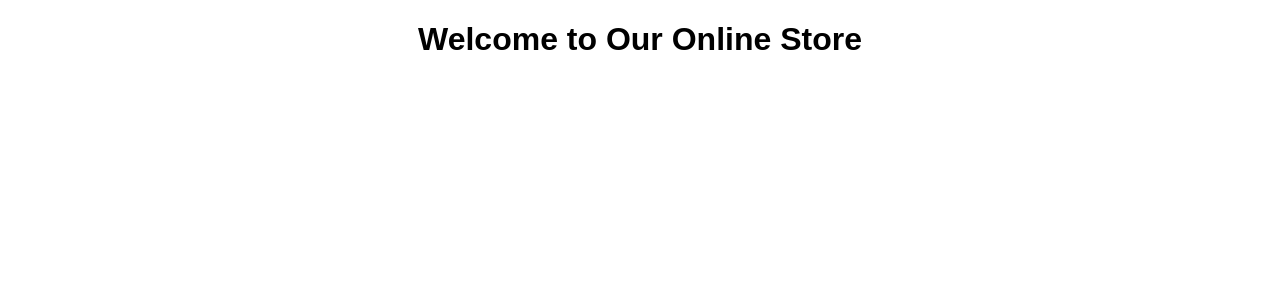
Repository: vsudhanshu-codes/ecommerce-frontend
Page: index.html
The author's editor kept a copy of each file at every save. The page is drawn from the files as they stood at one save, then again after the next save.
The browser window is 1280 px wide. The pictures show the whole page.

Above is the page before, as saved 2026-03-09 17:12:33.

After the next save:
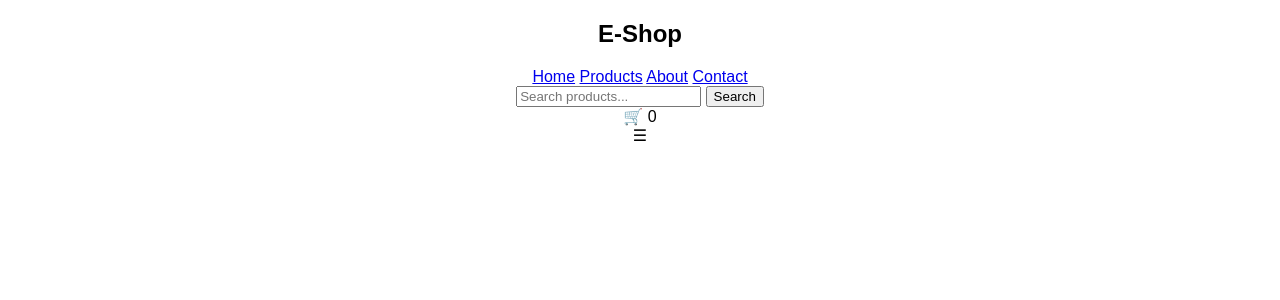
Saved 23 h 48 min later.
--- a/index.html
+++ b/index.html
@@ -7,9 +7,38 @@
     <link rel="stylesheet" href="styles/main.css">
 </head>
 <body>
-    <header>
-        <h1>Welcome to Our Online Store</h1>
-    </header>
+    <header class="header">
+
+    <!-- Logo -->
+    <div class="logo">
+        <h2>E-Shop</h2>
+    </div>
+
+    <!-- Navigation Menu -->
+    <nav class="nav">
+        <a href="#">Home</a>
+        <a href="#">Products</a>
+        <a href="#">About</a>
+        <a href="#">Contact</a>
+    </nav>
+
+    <!-- Search Bar -->
+    <div class="search-bar">
+        <input type="text" placeholder="Search products...">
+        <button>Search</button>
+    </div>
+
+    <!-- Cart Icon -->
+    <div class="cart">
+        🛒 <span class="cart-count">0</span>
+    </div>
+
+    <!-- Hamburger Menu -->
+    <div class="hamburger">
+        ☰
+    </div>
+
+</header>
     <script src="scripts/app.js"></script>
 </body>
 </html>
